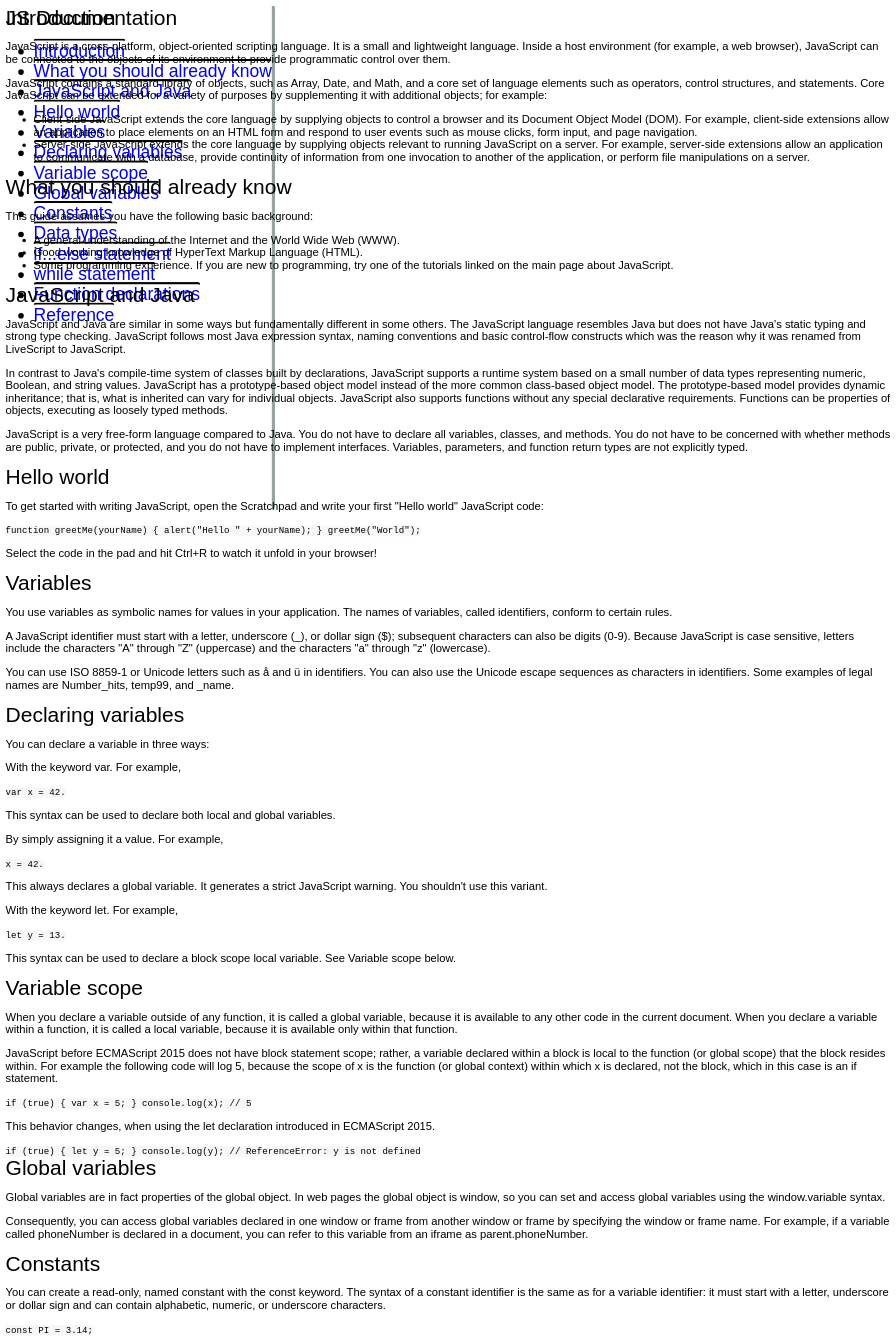
Repository: Lungdjos/technical_document_page_certificate
Page: index.html
The author's editor kept a copy of each file at every save. The page is drawn from the files as they stood at one save, then again after the next save.
The browser window is 1280 px wide. The pictures show the part of the page from y = 0 to 1920 px (the page is 3812 px tall), at 70% of full size.

Above is the page before, as saved 2023-11-21 07:54:38.

### index.html
<!DOCTYPE html>
<html lang="en">

<head>
    <meta charset="UTF-8">
    <meta name="viewport" content="width=device-width, initial-scale=1.0">
    <title>Technical Document</title>
    <link rel="stylesheet" href="./styles.css">
</head>

<body>
    <nav id="nav-bar">
        <header>JS Documentation</header>
        <ul>
            <li>
                <a href="#Introduction" class="nav-link">Introduction</a>
            </li>
            <li>
                <a href="#What_you_should_already_know" class="nav-link">What you should already know</a>
            </li>
            <li>
                <a href="#JavaScript_and_Java" class="nav-link">JavaScript and Java</a>
            </li>
            <li>
                <a href="#Hello_world" class="nav-link">Hello world</a>
            </li>
            <li>
                <a href="#Variables" class="nav-link">Variables</a>
            </li>
            <li>
                <a href="#Declaring_variables" class="nav-link">Declaring variables</a>
            </li>
            <li>
                <a href="#Variable_scope" class="nav-link">Variable scope</a>
            </li>
            <li>
                <a href="#Global_variables" class="nav-link">Global variables</a>
            </li>
            <li>
                <a href="#Constants" class="nav-link">Constants</a>
            </li>
            <li>
                <a href="#Data_types" class="nav-link">Data types</a>
            </li>
            <li>
                <a href="#if...else_statement" class="nav-link">if...else statement</a>
            </li>
            <li>
                <a href="#while_statement" class="nav-link">while statement</a>
            </li>
            <li>
                <a href="#Function_declarations" class="nav-link">Function declarations</a>
            </li>
            <li>
                <a href="#Reference" class="nav-link">Reference</a>
            </li>
        </ul>
    </nav>
    <main id="main-doc">
        <section class="main-section" id="Introduction">
            <header id="">Introduction</header>
            <p>JavaScript is a cross-platform, object-oriented scripting language. It is a small and lightweight language. Inside a host environment (for example, a web browser), JavaScript can be connected to the objects of its environment to provide programmatic
                control over them.</p>
            <p>JavaScript contains a standard library of objects, such as Array, Date, and Math, and a core set of language elements such as operators, control structures, and statements. Core JavaScript can be extended for a variety of purposes by supplementing
                it with additional objects; for example:
                <ul>
                    <li>Client-side JavaScript extends the core language by supplying objects to control a browser and its Document Object Model (DOM). For example, client-side extensions allow an application to place elements on an HTML form and respond
                        to user events such as mouse clicks, form input, and page navigation.</li>
                    <li>Server-side JavaScript extends the core language by supplying objects relevant to running JavaScript on a server. For example, server-side extensions allow an application to communicate with a database, provide continuity of information
                        from one invocation to another of the application, or perform file manipulations on a server.</li>
                </ul>
            </p>

        </section>
        <section class="main-section" id="What_you_should_already_know">
            <header id="">What you should already know</header>
            <p>This guide assumes you have the following basic background:
                <ul>
                    <li>A general understanding of the Internet and the World Wide Web (WWW).</li>
                    <li>Good working knowledge of HyperText Markup Language (HTML).</li>
                    <li>Some programming experience. If you are new to programming, try one of the tutorials linked on the main page about JavaScript.</li>
                </ul>
            </p>

        </section>
        <section class="main-section" id="JavaScript_and_Java">
            <header id="">JavaScript and Java</header>
            <p>JavaScript and Java are similar in some ways but fundamentally different in some others. The JavaScript language resembles Java but does not have Java's static typing and strong type checking. JavaScript follows most Java expression syntax,
                naming conventions and basic control-flow constructs which was the reason why it was renamed from LiveScript to JavaScript.</p>
            <p>In contrast to Java's compile-time system of classes built by declarations, JavaScript supports a runtime system based on a small number of data types representing numeric, Boolean, and string values. JavaScript has a prototype-based object
                model instead of the more common class-based object model. The prototype-based model provides dynamic inheritance; that is, what is inherited can vary for individual objects. JavaScript also supports functions without any special declarative
                requirements. Functions can be properties of objects, executing as loosely typed methods.</p>
            <p>JavaScript is a very free-form language compared to Java. You do not have to declare all variables, classes, and methods. You do not have to be concerned with whether methods are public, private, or protected, and you do not have to implement
                interfaces. Variables, parameters, and function return types are not explicitly typed.</p>
        </section>
        <section class="main-section" id="Hello_world">
            <header id="">Hello world</header>
            <p>
                To get started with writing JavaScript, open the Scratchpad and write your first "Hello world" JavaScript code:</p>
            <code>function greetMe(yourName) { alert("Hello " + yourName); }
                greetMe("World");</code>
            <p>Select the code in the pad and hit Ctrl+R to watch it unfold in your browser!</p>
        </section>
        <section class="main-section" id="Variables">
            <header id="">Variables</header>
            <p>You use variables as symbolic names for values in your application. The names of variables, called identifiers, conform to certain rules.</p>
            <p>A JavaScript identifier must start with a letter, underscore (_), or dollar sign ($); subsequent characters can also be digits (0-9). Because JavaScript is case sensitive, letters include the characters "A" through "Z" (uppercase) and the
                characters "a" through "z" (lowercase).</p>
            <p>You can use ISO 8859-1 or Unicode letters such as å and ü in identifiers. You can also use the Unicode escape sequences as characters in identifiers. Some examples of legal names are Number_hits, temp99, and _name.</p>
        </section>
        <section class="main-section" id="Declaring_variables">
            <header id="">Declaring variables</header>
            <p>You can declare a variable in three ways:</p>
            <p>With the keyword var. For example,</p>
            <code>var x = 42.</code>
            <p>This syntax can be used to declare both local and global variables.</p>
            <p>By simply assigning it a value. For example,</p>
            <code>x = 42.</code><br>
            <p>This always declares a global variable. It generates a strict JavaScript warning. You shouldn't use this variant.</p>
            <p>With the keyword let. For example,</p>
            <code>let y = 13.</code>
            <p>This syntax can be used to declare a block scope local variable. See Variable scope below.</p>
        </section>
        <section class="main-section" id="Variable_scope">
            <header id="">Variable scope</header>
            <p>When you declare a variable outside of any function, it is called a global variable, because it is available to any other code in the current document. When you declare a variable within a function, it is called a local variable, because it
                is available only within that function.</p>
            <p>JavaScript before ECMAScript 2015 does not have block statement scope; rather, a variable declared within a block is local to the function (or global scope) that the block resides within. For example the following code will log 5, because
                the scope of x is the function (or global context) within which x is declared, not the block, which in this case is an if statement.</p>
            <code>if (true) { var x = 5; } console.log(x); // 5</code>
            <p>This behavior changes, when using the let declaration introduced in ECMAScript 2015.</p>
            <code>if (true) { let y = 5; } console.log(y); // ReferenceError: y is
                not defined</code>
        </section>
        <section class="main-section" id="Global_variables">
            <header id="">Global variables</header>
            <p>Global variables are in fact properties of the global object. In web pages the global object is window, so you can set and access global variables using the window.variable syntax.</p>
            <p>Consequently, you can access global variables declared in one window or frame from another window or frame by specifying the window or frame name. For example, if a variable called phoneNumber is declared in a document, you can refer to this
                variable from an iframe as parent.phoneNumber.</p>
        </section>
        <section class="main-section" id="Constants">
            <header id="">Constants</header>
            <p>You can create a read-only, named constant with the const keyword. The syntax of a constant identifier is the same as for a variable identifier: it must start with a letter, underscore or dollar sign and can contain alphabetic, numeric, or
                underscore characters.</p>
            <code>const PI = 3.14;</code>
            <p>A constant cannot change value through assignment or be re-declared while the script is running. It has to be initialized to a value.</p>
            <p>The scope rules for constants are the same as those for let block scope variables. If the const keyword is omitted, the identifier is assumed to represent a variable.</p>
            <p>You cannot declare a constant with the same name as a function or variable in the same scope. For example:</p>
            <code>// THIS WILL CAUSE AN ERROR function f() {}; const f = 5; // THIS
                WILL CAUSE AN ERROR ALSO function f() { const g = 5; var g;
                //statements }</code>
            <p>However, object attributes are not protected, so the following statement is executed without problems.</p>
            <code>const MY_OBJECT = {"key": "value"}; MY_OBJECT.key =
                "otherValue";</code>
        </section>
        <section class="main-section" id="Data_types">
            <header id="">Data types</header>
            <p>The latest ECMAScript standard defines seven data types:
                <ul>
                    <li>Six data types that are primitives:
                        <ul>
                            <li>Boolean. true and false.</li>
                            <li>null. A special keyword denoting a null value. Because JavaScript is case-sensitive, null is not the same as Null, NULL, or any other variant.</li>
                            <li>undefined. A top-level property whose value is undefined.</li>
                            <li>Number. 42 or 3.14159.</li>
                            <li>String. "Howdy"</li>
                            <li>Symbol (new in ECMAScript 2015). A data type whose instances are unique and immutable.</li>
                        </ul>
                    </li>
                    <li>and Object</li>
                </ul>
            </p>
            <p>Although these data types are a relatively small amount, they enable you to perform useful functions with your applications. Objects and functions are the other fundamental elements in the language. You can think of objects as named containers
                for values, and functions as procedures that your application can perform.</p>
        </section>
        <section class="main-section" id="if...else_statement">
            <header id="">if...else statement</header>
            <p>Use the if statement to execute a statement if a logical condition is true. Use the optional else clause to execute a statement if the condition is false. An if statement looks as follows:</p>
            <code>if (condition) { statement_1; } else { statement_2; }</code>
            <p>condition can be any expression that evaluates to true or false. See Boolean for an explanation of what evaluates to true and false. If condition evaluates to true, statement_1 is executed; otherwise, statement_2 is executed. statement_1 and
                statement_2 can be any statement, including further nested if statements.</p>
            <p>You may also compound the statements using else if to have multiple conditions tested in sequence, as follows:</p>
            <code>if (condition_1) { statement_1; } else if (condition_2) {
                statement_2; } else if (condition_n) { statement_n; } else {
                statement_last; }</code>
            <p>In the case of multiple conditions only the first logical condition which evaluates to true will be executed. To execute multiple statements, group them within a block statement ({ ... }) . In general, it's good practice to always use block
                statements, especially when nesting if statements:</p>
            <code>if (condition) { statement_1_runs_if_condition_is_true;
                statement_2_runs_if_condition_is_true; } else {
                statement_3_runs_if_condition_is_false;
                statement_4_runs_if_condition_is_false; }</code>
            <p>It is advisable to not use simple assignments in a conditional expression, because the assignment can be confused with equality when glancing over the code. For example, do not use the following code:</p>
            <code>if (x = y) { /* statements here */ }</code>
            <p>If you need to use an assignment in a conditional expression, a common practice is to put additional parentheses around the assignment. For example:</p>
            <code>if ((x = y)) { /* statements here */ }</code>
        </section>
        <section class="main-section" id="while_statement">
            <header id="">while statement</header>
            <p>A while statement executes its statements as long as a specified condition evaluates to true. A while statement looks as follows:</p>
            <code>while (condition) statement</code>
            <p>If the condition becomes false, statement within the loop stops executing and control passes to the statement following the loop.</p>
            <p>The condition test occurs before statement in the loop is executed. If the condition returns true, statement is executed and the condition is tested again. If the condition returns false, execution stops and control is passed to the statement
                following while.</p>
            <p>To execute multiple statements, use a block statement ({ ... }) to group those statements.</p>
            <p>Example: <br> The following while loop iterates as long as n is less than three:</p>
            <code>var n = 0; var x = 0; while (n < 3) { n++; x += n; }</code>
            <p>With each iteration, the loop increments n and adds that value to x. Therefore, x and n take on the following values:
                <ul>
                    <li>After the first pass: n = 1 and x = 1</li>
                    <li>After the second pass: n = 2 and x = 3</li>
                    <li>After the third pass: n = 3 and x = 6</li>
                </ul>
            </p>
            <p>After completing the third pass, the condition n
                < 3 is no longer true, so the loop terminates.</p>
        </section>
        <section class="main-section" id="Function_declarations">
            <header id="">Function declarations</header>
            <p>A function definition (also called a function declaration, or function statement) consists of the function keyword, followed by:
                <ul>
                    <li>The name of the function.</li>
                    <li>A list of arguments to the function, enclosed in the parentheses and separated by commas.</li>
                    <li>The JavaScript statement that defines the function, enclosed in curly brackets, {}.</li>
                </ul>
            </p>
            <p>For example, the following code defines a simple function named square:</p>
            <code>function square(number) { return number * number; }</code>
            <p>The function square takes one argument, called number. The function consists of one statement that says to return the argument of the function (that is, number) multiplied by itself. The return statement specifies the value returned by the
                function.
            </p>
            <code>return number * number;</code>
            <p>Primitive parameters (such as a number) are passed to functions by value; the value is passed to the function, but if the function changes the value of the parameter, this change is not reflected globally or in the calling function.</p>
        </section>
        <section class="main-section" id="Reference">
            <header id="">Reference</header>
            <ul>
                <li>All the documentation in this page is taken from
                    <a href="https://developer.mozilla.org/en-US/docs/Web/JavaScript/Guide" target="_blank">MDN</a>
                </li>
            </ul>
        </section>
    </main>
</body>

</html>

### styles.css
/* A technical document page stylings */

html {
    box-sizing: border-box;
}

* {
    border-radius: 4px;
}

header {
    font-size: 30px;
    font-weight: 500;
}

body {
    font-family: Arial, Helvetica, sans-serif;
}


/* nav bar styling */

#nav-bar {
    position: fixed;
    border-right: 5px solid #99a2a2;
    padding: 5px auto;
    margin: 0 auto;
    height: 100%;
}

#nav-bar li {
    font-size: 25px;
    font-weight: 400;
}

li .nav-link {
    list-style-type: none;
    border-top: 3px solid #000;
    width: 100%;
    text-decoration: none;
}


/* body styling */

code {
    background-color: #f7f7f7;
}

main {
    position: relative;
    margin: 0 auto;
}

After the next save:
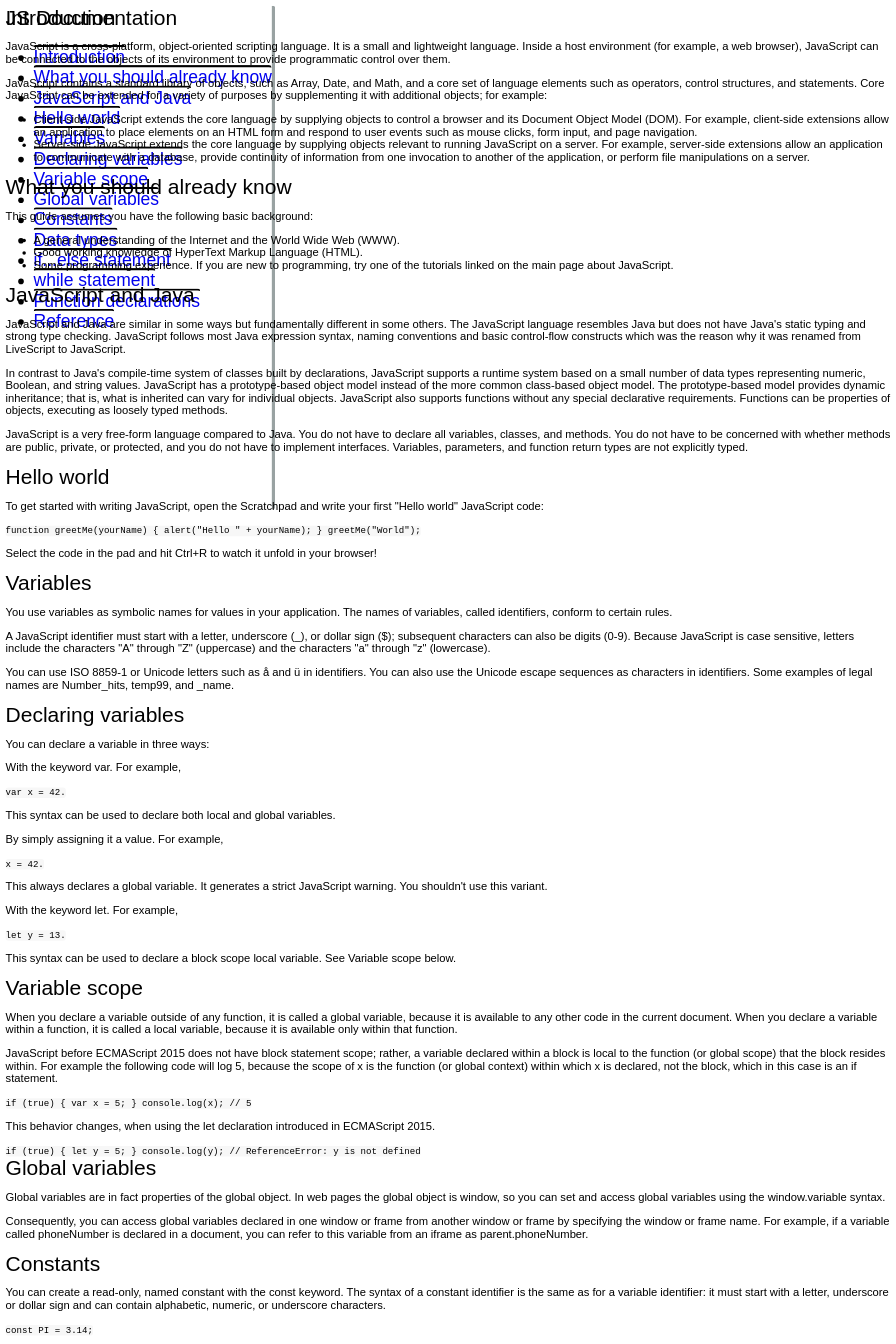
Saved 20 s later.
--- a/styles.css
+++ b/styles.css
@@ -28,7 +28,7 @@ body {
     height: 100%;
 }
 
-#nav-bar li {
+#nav-bar ul {
     font-size: 25px;
     font-weight: 400;
 }
